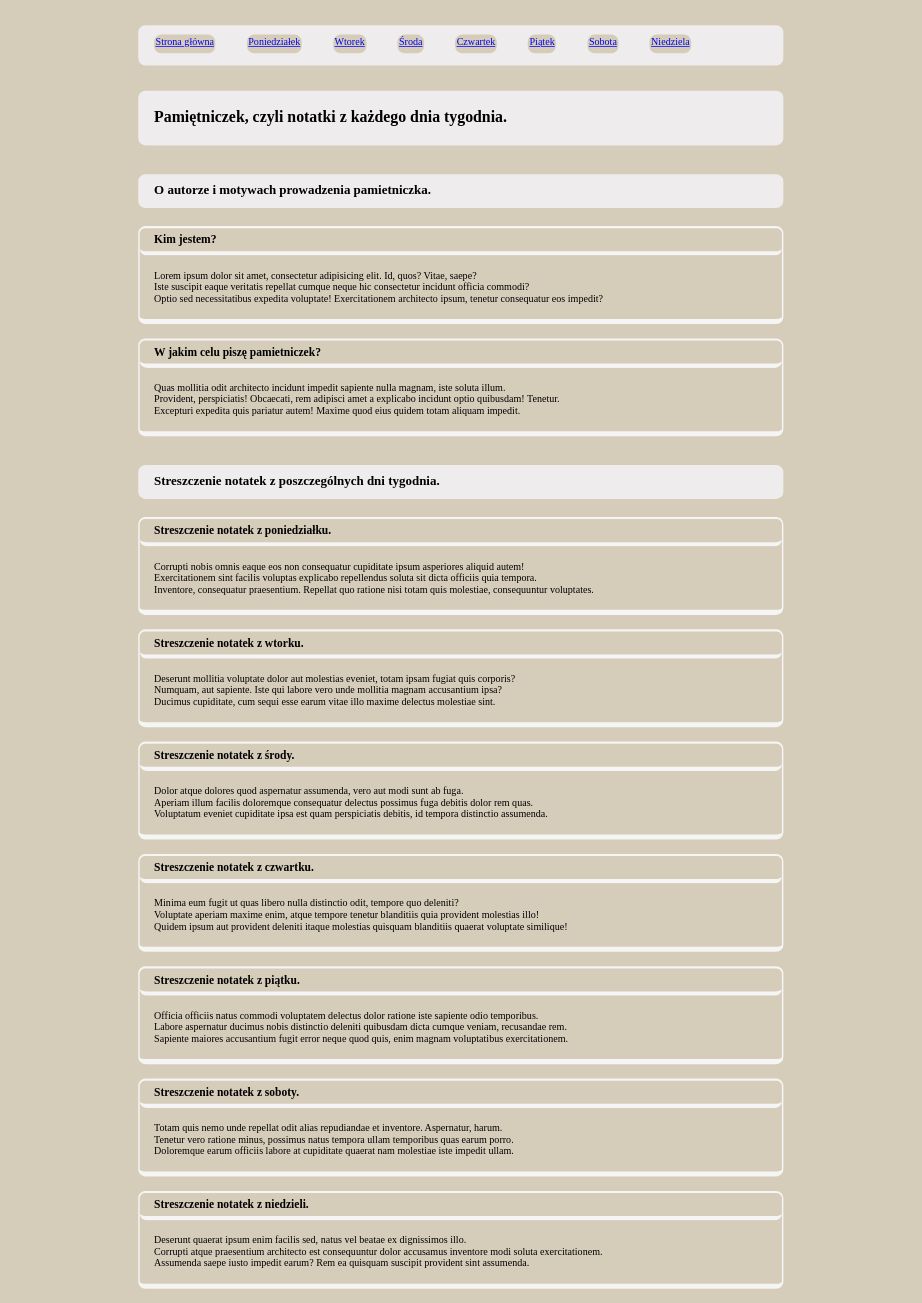
Repository: ArturNatwora/hompage
Page: index.html
These files come from the project's save history. The page is drawn as it stood at one moment and after the next save; the edit follows.
The browser window is 1280 px wide. The pictures show the whole page, at 72% of full size.

Above is the page before, as saved 2019-06-11 20:17:09.

After the next save:
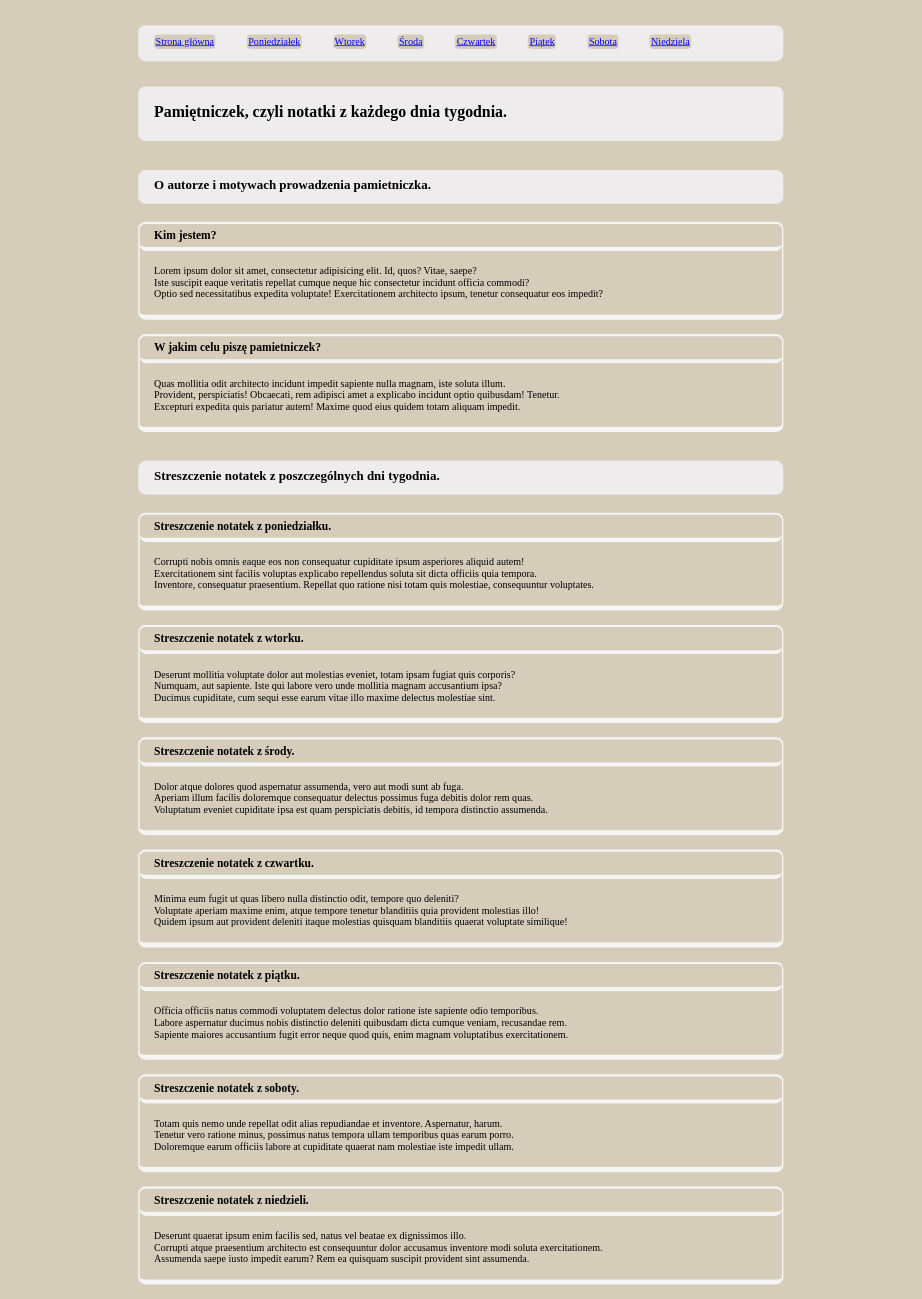
Saved 62 s later.
--- a/index.css
+++ b/index.css
@@ -44,10 +44,10 @@ body{
     background: rgb(214, 204, 186);
     display: inline-block;
     margin: 10px 20px;
-    border-width: 3px 2px 7px 2px ;
+    border-width:  2px ;
     border-style: solid;
     border-color: rgb(214, 204, 186);
-    border-radius: 10px;
+    border-radius: 5px;
 }
 
 .bodyHeader__title{
